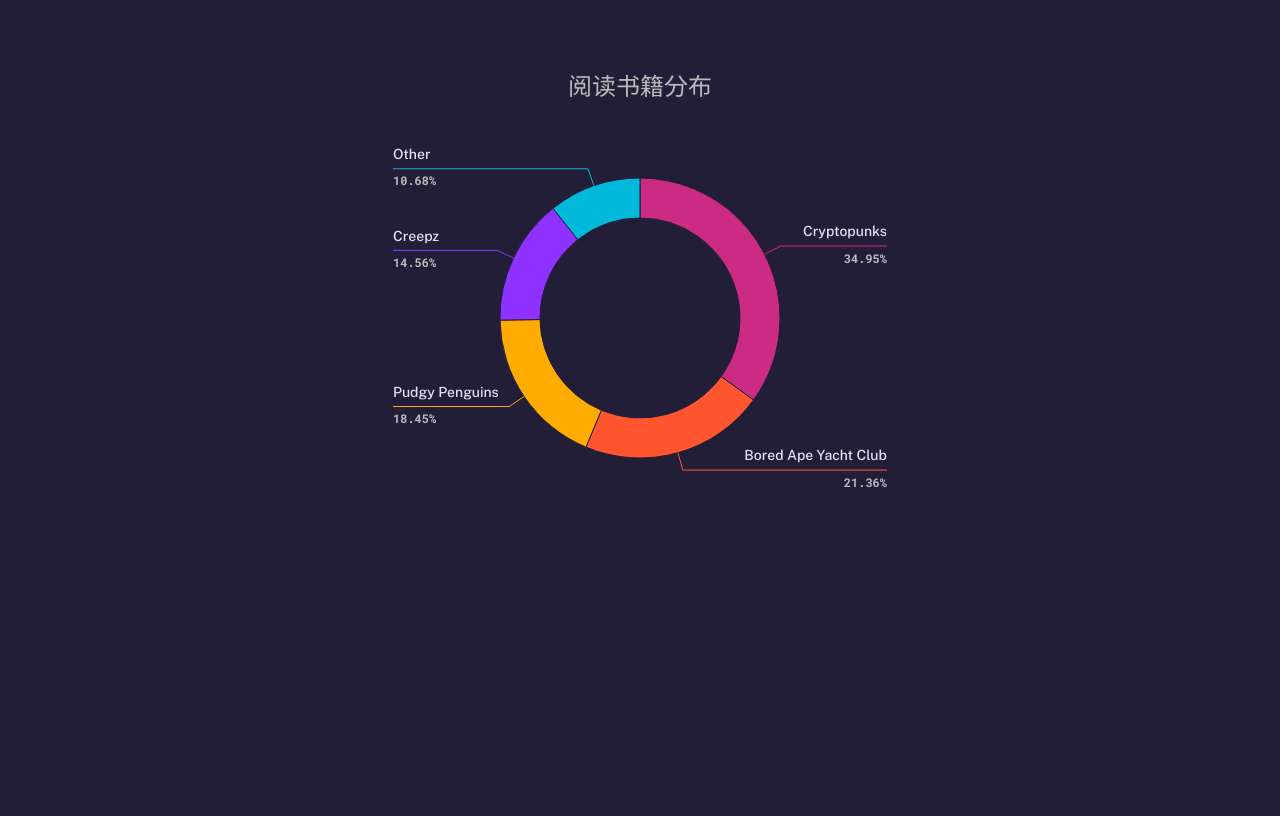
Repository: gorillabiscuit/Apache-eCharts-donut
Page: /
An editor plug-in stored every save of this project. The page is shown before and after the next save, followed by the edit.
The browser window is 1280 px wide. The pictures show the whole page.
The project was rebuilt for these pictures with package versions that can differ from the ones it lists, and the page was loaded fresh each time. Also part of the build but not shown: vite.config.ts.

Above is the page before, as saved 2025-08-14 16:53:59.

### index.html
<!doctype html>
<html lang="en">
  <head>
    <meta charset="UTF-8" />
    <link rel="icon" type="image/svg+xml" href="/vite.svg" />
    <meta name="viewport" content="width=device-width, initial-scale=1.0" />
    <link rel="preconnect" href="https://fonts.googleapis.com" />
    <link rel="preconnect" href="https://fonts.gstatic.com" crossorigin />
    <link href="https://fonts.googleapis.com/css2?family=Public+Sans:wght@500&family=Roboto+Mono:wght@700&display=swap" rel="stylesheet" />
    <title>Vite + React + TS</title>
  </head>
  <body>
    <div id="root"></div>
    <script type="module" src="/src/main.tsx"></script>
  </body>
</html>

### src/index.css
:root {
  font-family: system-ui, Avenir, Helvetica, Arial, sans-serif;
  line-height: 1.5;
  font-weight: 400;

  color-scheme: light dark;
  color: rgba(255, 255, 255, 0.87);
  background-color: #221E37;

  font-synthesis: none;
  text-rendering: optimizeLegibility;
  -webkit-font-smoothing: antialiased;
  -moz-osx-font-smoothing: grayscale;
}

a {
  font-weight: 500;
  color: #646cff;
  text-decoration: inherit;
}
a:hover {
  color: #535bf2;
}

body {
  margin: 0;
  display: flex;
  place-items: center;
  min-width: 320px;
  min-height: 100vh;
}

h1 {
  font-size: 3.2em;
  line-height: 1.1;
}

button {
  border-radius: 8px;
  border: 1px solid transparent;
  padding: 0.6em 1.2em;
  font-size: 1em;
  font-weight: 500;
  font-family: inherit;
  background-color: #1a1a1a;
  cursor: pointer;
  transition: border-color 0.25s;
}
button:hover {
  border-color: #646cff;
}
button:focus,
button:focus-visible {
  outline: 4px auto -webkit-focus-ring-color;
}

@media (prefers-color-scheme: light) {
  :root {
    color: #213547;
    background-color: #221E37;
  }
  a:hover {
    color: #747bff;
  }
  button {
    background-color: #f9f9f9;
  }
}

### src/App.tsx
import './App.css'
import MultiPie from './components/MultiPie'

function App() {
  return (
    <div style={{ padding: 16, background: '#221E37', minHeight: '100vh' }}>
      <h2 style={{ color: '#BBB' }}>阅读书籍分布</h2>
      <MultiPie />
    </div>
  )
}

export default App

### src/components/MultiPie.tsx
import { useEffect, useRef } from 'react'
import * as echarts from 'echarts/core'
import { PieChart } from 'echarts/charts'
import { TitleComponent, TooltipComponent } from 'echarts/components'
import { CanvasRenderer } from 'echarts/renderers'

echarts.use([TitleComponent, TooltipComponent, PieChart, CanvasRenderer])

export default function MultiPie() {
  const chartContainerRef = useRef<HTMLDivElement | null>(null)

  useEffect(() => {
    if (!chartContainerRef.current) return

    const chart = echarts.init(chartContainerRef.current)

    const TOTAL_USD = 212_423.43

    const formatUsd = (amount: number) =>
      new Intl.NumberFormat('en-US', {
        style: 'currency',
        currency: 'USD',
        maximumFractionDigits: 0
      }).format(amount)

    const primaryData = [
      {
        name: 'Cryptopunks',
        percent: 36,
        loans: 12,
        image:
          'https://lh3.googleusercontent.com/jcn6v1K0DZvF4IAFohPcOvvKWGc4U2FH21VKYkO6eoXLML2TrW9eHO05t0qe_o91JamX3iBymbus8eDkgdyXMoom=s250',
        color: '#CB2B83'
      },
      {
        name: 'Bored Ape Yacht Club',
        percent: 22,
        loans: 8,
        image:
          'https://lh3.googleusercontent.com/w3dmFHFr0F33spfG8O6xOFwtJgs4uhFvha2UT_mNJC1HjAFdE9uzONOK9Lpj7wcub7oZ_Ojg9A1-auoJLOVx5GmxJzJEnVj4hkO_Xg=s250',
        color: '#FF5630'
      },
      {
        name: 'Pudgy Penguins',
        percent: 19,
        loans: 5,
        image:
          'https://lh3.googleusercontent.com/bcCd1TfusKK6wWjmshwmizmY9j7An3pp9kxopMxfIt-_I8WFnSIK-5gevOduoYK4Qpq2e3DyXgROKNfkP396W5ViEYXhxoyAZG3s_vY=s120',
        color: '#FFAB00'
      },
      {
        name: 'Creepz',
        percent: 15,
        loans: 4,
        image:
          'https://i.seadn.io/gcs/files/13f3b6e7226f54d739ad8c3ed838802b.png?w=500&auto=format',
        color: '#8E33FF'
      },
      {
        name: 'Other',
        percent: 11,
        loans: 3,
        image: '',
        color: '#00B8D9'
      }
    ]

    const otherBreakdown = [
      {
        name: 'Milady',
        percent: 1.0,
        loans: 5,
        image:
          'https://i.seadn.io/gae/a_frplnavZA9g4vN3SexO5rrtaBX_cBTaJYcgrPtwQIqPhzgzUendQxiwUdr51CGPE2QyPEa1DHnkW1wLrHAv5DgfC3BP-CWpFq6BA?w=500&auto=format'
      },
      {
        name: 'World of Women',
        percent: 4.7,
        loans: 2,
        image:
          'https://lh3.googleusercontent.com/I68L-_MThK4yUXXnUGnNJQBuAtu5w66mg-57ZzKOYDDVI6Y4-XbdMt3SbuVaEymUkoIgv9BdrNa1cbQPPaJKRgaEM9JqpywS-rW4KQ=s120'
      },
      {
        name: 'CyberBrokers',
        percent: 5.3,
        loans: 1,
        image:
          'https://lh3.googleusercontent.com/Qd1IEPYz_0YlMaclPwb6_9PyP7afZIzH15IdIU2X6t1Wvg81DwpAaWOY0cNmxy173C4yMA7sM3xF9-HJsCSKJdx6KvDR3old3IKuTIc=s120'
      }
    ]

    const data = primaryData.map((d) => ({
      name: d.name,
      value: d.percent,
      itemStyle: { color: d.color },
      extra: {
        usd: TOTAL_USD * (d.percent / 100),
        loans: d.loans,
        image: d.image
      }
    }))

    type LabelLayoutParams = {
      labelRect: { x: number; width: number }
      labelLinePoints: [number[], number[], number[]]
    }

    const option: echarts.EChartsCoreOption = {
      backgroundColor: '#221E37',
      color: ['#CB2B83', '#00B8D9', '#8E33FF', '#FF5630', '#FFAB00'],
      tooltip: {
        trigger: 'item',
        confine: true,
        appendToBody: true,
        backgroundColor: 'transparent',
        borderWidth: 0,
        padding: 0,
        extraCssText: 'box-shadow:none;padding:0;',
        position: (point: number[]) => {
          return [point[0] + 12, point[1] + 12]
        },
        formatter: (params: {
          name: string
          percent: number
          color: string
          data: { extra?: { usd: number; loans: number; image: string } }
        }) => {
          const name = params.name
          const percent = Math.round(params.percent)
          const color = (params.color as unknown as string) || '#FFF'
          const extra = params.data?.extra || { usd: 0, loans: 0, image: '' }

          // Special multi-list tooltip for Other
          if (name === 'Other') {
            const rows = otherBreakdown
              .map((row) => {
                const usd = formatUsd(TOTAL_USD * (row.percent / 100))
                const loansLabel = `${row.loans} loan${row.loans === 1 ? '' : 's'}`
                return (
                  '<div style="display:flex;flex-direction:row;align-items:center;padding:0;gap:15px;width:100%;height:44px;">' +
                  (row.image
                    ? '<img src="' + row.image + '" style="width:32px;height:32px;border-radius:1000px;object-fit:cover;" />'
                    : '<div style="width:32px;height:32px;border-radius:1000px;background:#00B8D9;"></div>') +
                  '<div style="font-family: \'Public Sans\'; font-weight:500; font-size:13px; line-height:22px; color:#FFFFFF;">' +
                  row.name + ' ' + usd + ' ' + row.percent + '% (' + loansLabel + ')' +
                  '</div>' +
                  '</div>'
                )
              })
              .join('')

            return (
              '<div style="display:flex;flex-direction:column;justify-content:center;align-items:flex-start;padding:24px;gap:16px;position:relative;width:fit-content;background:#302B4D;box-shadow:0px 0px 2px rgba(0,0,0,0.24), 0px 12px 24px -4px rgba(0,0,0,0.24);border-radius:16px;">' +
              rows +
              '</div>'
            )
          }

          const usd = formatUsd(extra.usd)
          const loansLabel = `${extra.loans} loan${extra.loans === 1 ? '' : 's'}`
          const image = extra.image

          return (
            '<div style="display:flex;flex-direction:column;justify-content:center;align-items:flex-start;padding:24px;gap:16px;position:relative;width:fit-content;background:#302B4D;box-shadow:0px 0px 2px rgba(0,0,0,0.24),0px 12px 24px -4px rgba(0,0,0,0.24);border-radius:16px;">' +
              '<div style="display:flex;flex-direction:row;align-items:center;padding:0;gap:15px;width:100%;height:44px;">' +
                (image
                  ? '<img src="' + image + '" style="width:32px;height:32px;border-radius:1000px;object-fit:cover;" />'
                  : '<div style="width:32px;height:32px;border-radius:1000px;background:' + color + ';"></div>') +
                '<div style="font-family: \'Public Sans\'; font-weight:500; font-size:13px; line-height:22px; color:#FFFFFF;">' +
                name + ' ' + usd + ' ' + percent + '% (' + loansLabel + ')' +
                '</div>' +
              '</div>' +
            '</div>'
          )
        }
      },
      series: [
        {
          type: 'pie',
          radius: [100, 140],
          center: ['50%', '50%'],
          left: 'center',
          width: 514,
          itemStyle: {
            borderColor: '#221E37',
            borderWidth: 1
          },
          label: {
            alignTo: 'edge',
            formatter: '{name|{b}}\n{gap|}\n{percent|{d}%}',
            minMargin: 5,
            edgeDistance: 10,
            lineHeight: 14,
            rich: {
              name: {
                fontSize: 14,
                fontFamily: 'Public Sans',
                fontWeight: 500,
                color: '#E6E0FF',
                lineHeight: 12
              },
              gap: {
                height: 2
              },
              percent: {
                fontSize: 12,
                fontFamily: 'Roboto Mono',
                fontWeight: 700,
                color: '#BBB',
                lineHeight: 14
              }
            }
          },
          labelLine: {
            length: 18,
            length2: 8,
            maxSurfaceAngle: 80
          },
          labelLayout: (params: LabelLayoutParams) => {
            const isLeft = params.labelRect.x < chart.getWidth() / 2
            const points = params.labelLinePoints
            points[2][0] = isLeft
              ? params.labelRect.x
              : params.labelRect.x + params.labelRect.width
            return {
              labelLinePoints: points
            }
          },
          data
        }
      ]
    }

    chart.setOption(option)

    const handleResize = () => chart.resize()
    window.addEventListener('resize', handleResize)

    return () => {
      window.removeEventListener('resize', handleResize)
      chart.dispose()
    }
  }, [])

  return (
    <div
      ref={chartContainerRef}
      style={{ width: 514, minWidth: 514, maxWidth: 514, height: 388 }}
    />
  )
}

Loaded but not shown: src/main.tsx (common file); src/App.css (common file)

After the next save:
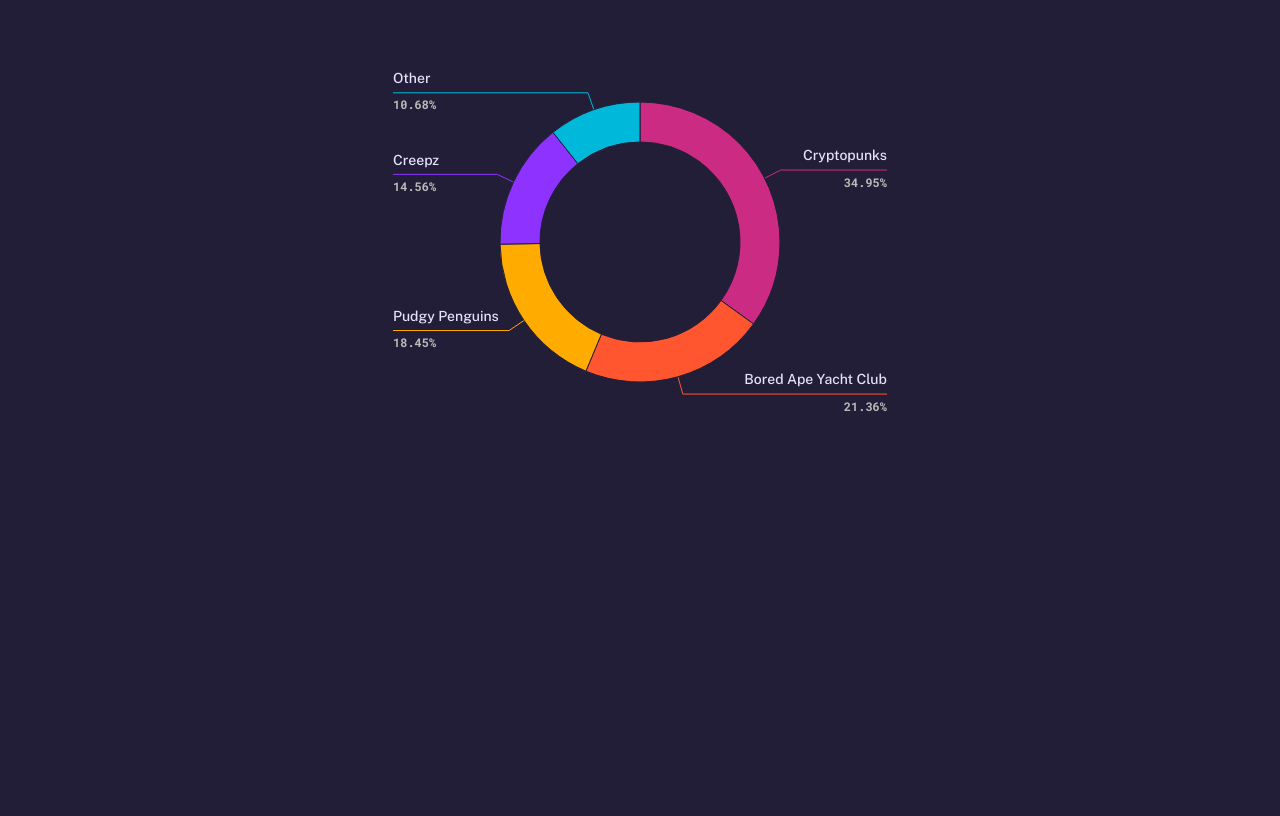
Saved 13 s later.
--- a/src/App.tsx
+++ b/src/App.tsx
@@ -4,7 +4,6 @@
 function App() {
   return (
     <div style={{ padding: 16, background: '#221E37', minHeight: '100vh' }}>
-      <h2 style={{ color: '#BBB' }}>阅读书籍分布</h2>
       <MultiPie />
     </div>
   )
